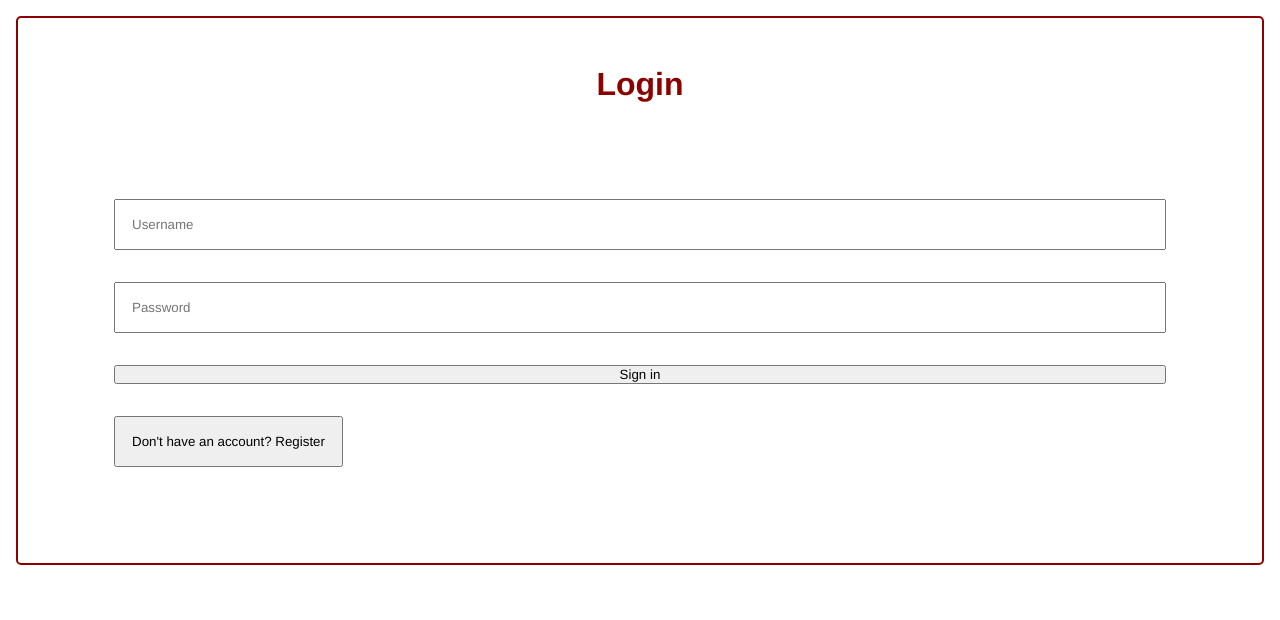
Repository: EricRobertCampbell/palaeo-fossil-classifier
Page: /login (app in palaeo-fossil-classifier/)
The author's editor kept a copy of each file at every save. The page is drawn from the files as they stood at one save, then again after the next save.
The browser window is 1280 px wide. The pictures show the whole page.
The project was rebuilt for these pictures with package versions that can differ from the ones it lists, and the page was loaded fresh each time. The framework's server and built-in components were replaced by stand-ins that run in the browser. Also part of the build but not shown: palaeo-fossil-classifier/next.config.ts.

Above is the page before, as saved 2024-11-30 12:43:50.

After the next save:
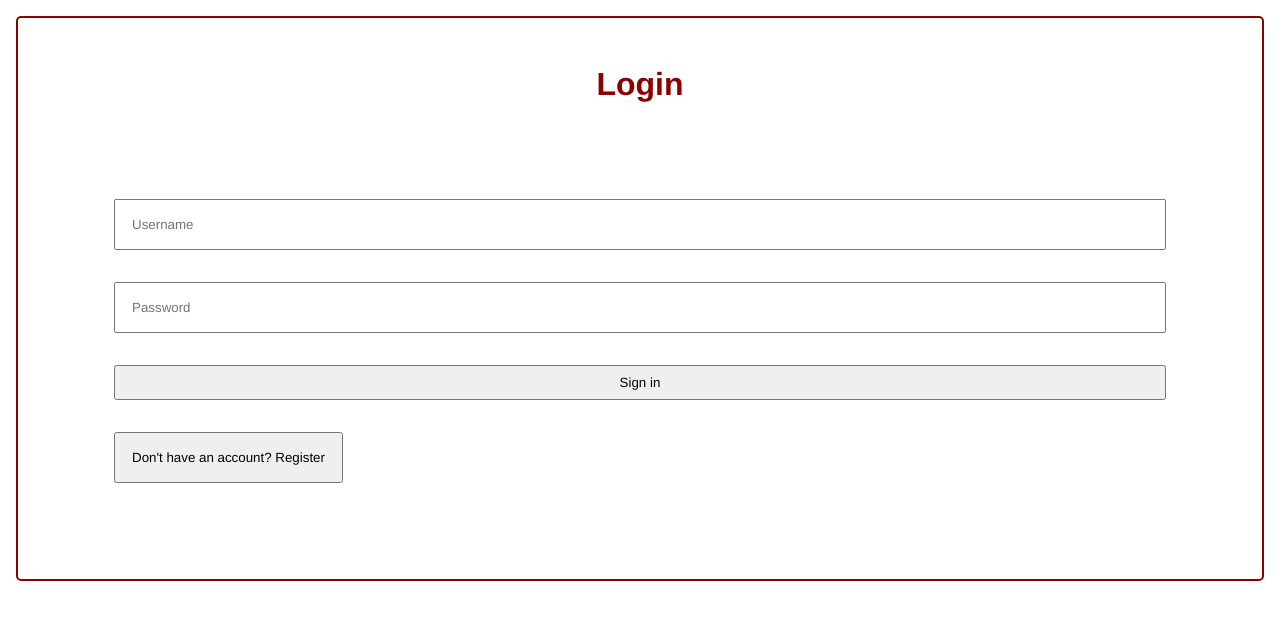
Saved 32 s later.
--- a/palaeo-fossil-classifier/app/login/page.module.css
+++ b/palaeo-fossil-classifier/app/login/page.module.css
@@ -23,6 +23,7 @@
 
 .button{
 margin: 1rem;
+padding: 0.5rem;
 font-family: Helvetica;
 
 }
